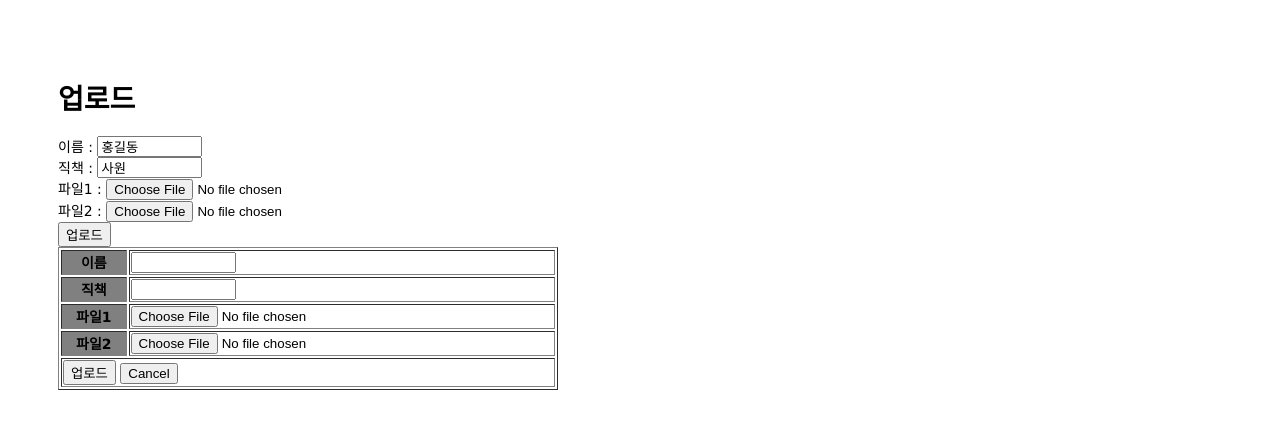
Repository: njir/nodejs
Page: http://localhost/upload
The author's editor kept a record of every edit. The page is drawn from the files as they stood at one moment, then again after the next edit.
The browser window is 1280 px wide. The pictures show the whole page.
The page is served by the project's Node server (member/app.js).

Above is the page before.

After the next edit:
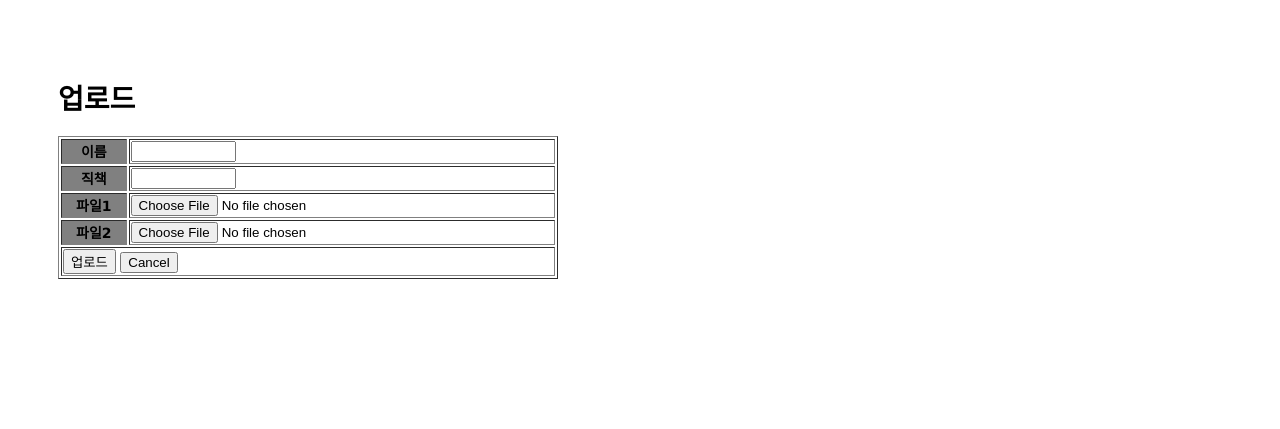
The edit:
--- a/member/views/upload/upload.ejs
+++ b/member/views/upload/upload.ejs
@@ -12,14 +12,6 @@
 
   <body>
     <h1><%= title %></h1>
-    <form action="/upload" method="post" enctype="multipart/form-data">
-        이름 : <input type="text" name="name" value="홍길동" size="10"><br>
-        직책 : <input type="text" name="job" value="사원" size="10"><br>
-        파일1 : <input type="file" name="upfile1"><br>
-        파일2 : <input type="file" name="upfile2"><br>
-        <input type="submit" value="업로드">
-
-    </form>
 
   <form action="/upload" method="post" enctype="multipart/form-data">
 		<table border="1" width="500">
